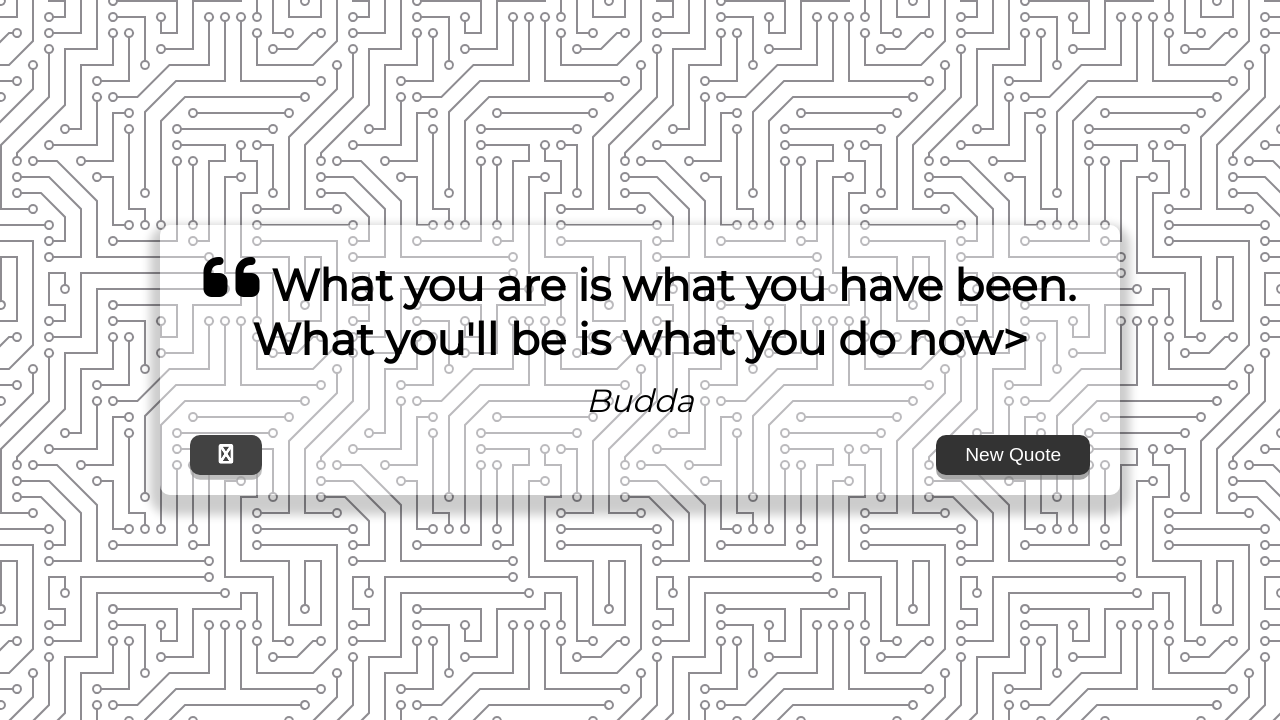
Repository: davidwood3/test-template
Page: .vscode/quote-generator/index.html
An editor plug-in stored every save of this project. The page is shown before and after the next save, followed by the edit.
The browser window is 1280 px wide. The pictures show the whole page.
The first visible `button` is being pressed.
Some web libraries are served in a nearby version.

Above is the page before, as saved 2023-07-26 10:23:25.

### .vscode/quote-generator/index.html
<!DOCTYPE html>
<html lang="en">
<head>
    <meta charset="UTF-8">
    <meta name="viewport" content="width=device-width, initial-scale=1.0">
    <title>Quote Gererator</title>

    <script src="https://kit.fontawesome.com/f13702c793.js" crossorigin="anonymous"></script>

    <link rel="stylesheet" href="style.css"
</head>
<body>
    <div class="quote-container" id="quote-container">
        <!-- Quote -->
        <div class="quote-text">
            <i class="fas fa-quote-left"></i>
            <span id="quote">What you are is what you have been. What you'll be is what you do now></span>
        </div>
        <!-- Author -->
        <div class="quote-author">
            <span id="author">Budda</span>
        </div>
        <!-- Buttons -->
        <div class="button-container">
            <button class="twitter-button" id="twitter" title="Tweet This!">
                <i class="fas fa-twitter"></i>
            </button>
            <button id="new-quote">New Quote</button>
        </div>
    </div>

    <!-- Script  -->
   <script src="script.js"></script>
</body>
</html>

### .vscode/quote-generator/style.css
@import url('https://fonts.googleapis.com/css2?family=Montserrat&display=swap');

html {
    box-sizing: border-box;
}

body {
    margin: 0;
    min-height: 100vh;
    background-color: #ffffff;
    background-image: url("data:[embedded picture, 5330 characters]");
    color: #000;
    font-family: Montserrat, sans-serif;
    font-weight: 700;
    text-align: center;
    display: flex;
    align-items: center;
    justify-content: center;
}

.quote-container {
    width: auto;
    max-width: 900px;
    padding: 20px 30px;
    border-radius: 10px;
    background-color: rgba(255, 255, 255, 0.4);
    box-shadow: 0 10px 10px 10px rgba(0, 0, 0, 0.2);
}

.quote-text {
    font-size: 2.75rem
}

.long-quote {
    font-size: 2rem;
}

.fa-quote-left {
    font-size: 4rem;
}

.quote-author {
    margin-top: 15px;
    font-size: 2rem;
    font-weight: 400;
    font-style: italic;
}

.button-container {
    margin-top: 15px;
    display: flex;
    justify-content: space-between;
}

button {
    cursor: pointer;
    font-size: 1.2rem;
    height: 2.5rem;
    border: none;
    border-radius: 10px;
    color: #fff;
    background: #333;
    outline: none;
    padding: 0.5rem 1.8rem;
    box-shadow: 0 0.3rem rgba(121,121,121,0.65);
}

button:hover {
    filter: brightness(130%);
}

/* Media Query: Tablet or smaller */
@media screen and (max-width: 1000px) {
    .quote-container {
        margin: auto 10px;
    }
    .quote-text {
         font-size: 2.5rem;
    }
}

Loaded but not shown: .vscode/quote-generator/script.js (empty)

After the next save:
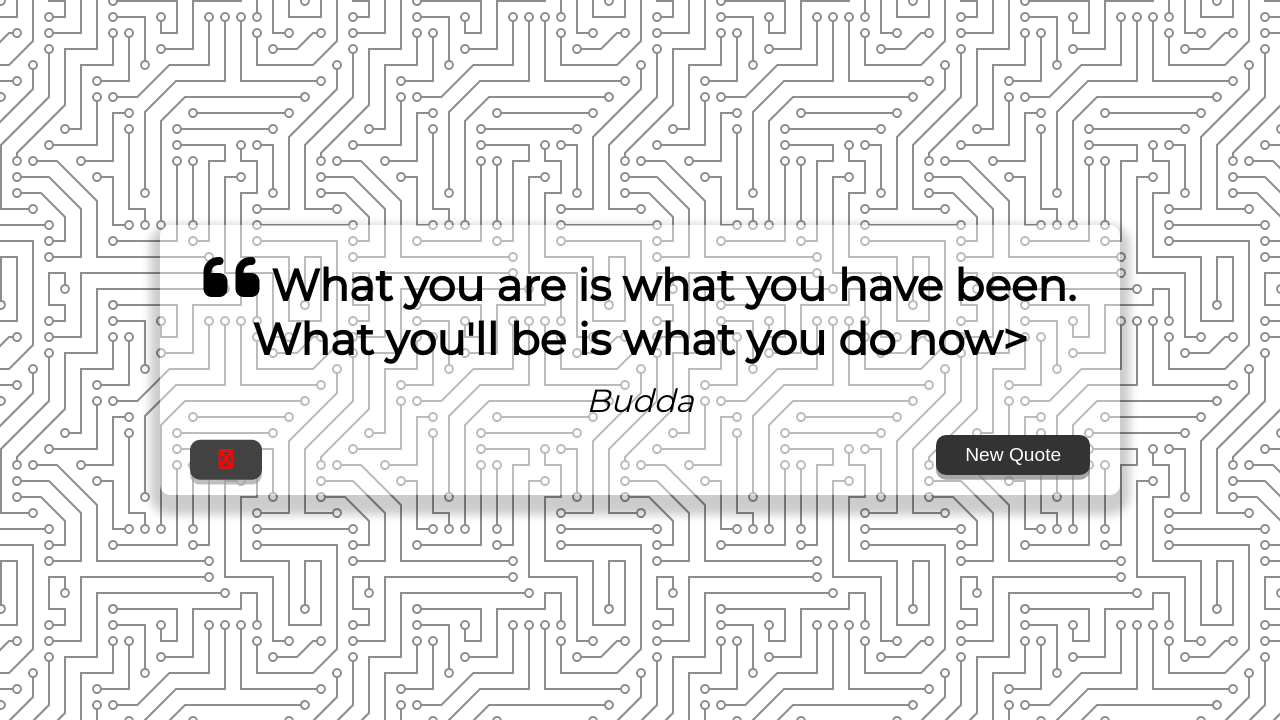
Saved 9 min 25 s later.
--- a/.vscode/quote-generator/style.css
+++ b/.vscode/quote-generator/style.css
@@ -69,6 +69,11 @@ button:hover {
     filter: brightness(130%);
 }
 
+button:active {
+    transform: translate(0, 0.3rem);
+    color: red;
+}
+
 /* Media Query: Tablet or smaller */
 @media screen and (max-width: 1000px) {
     .quote-container {
